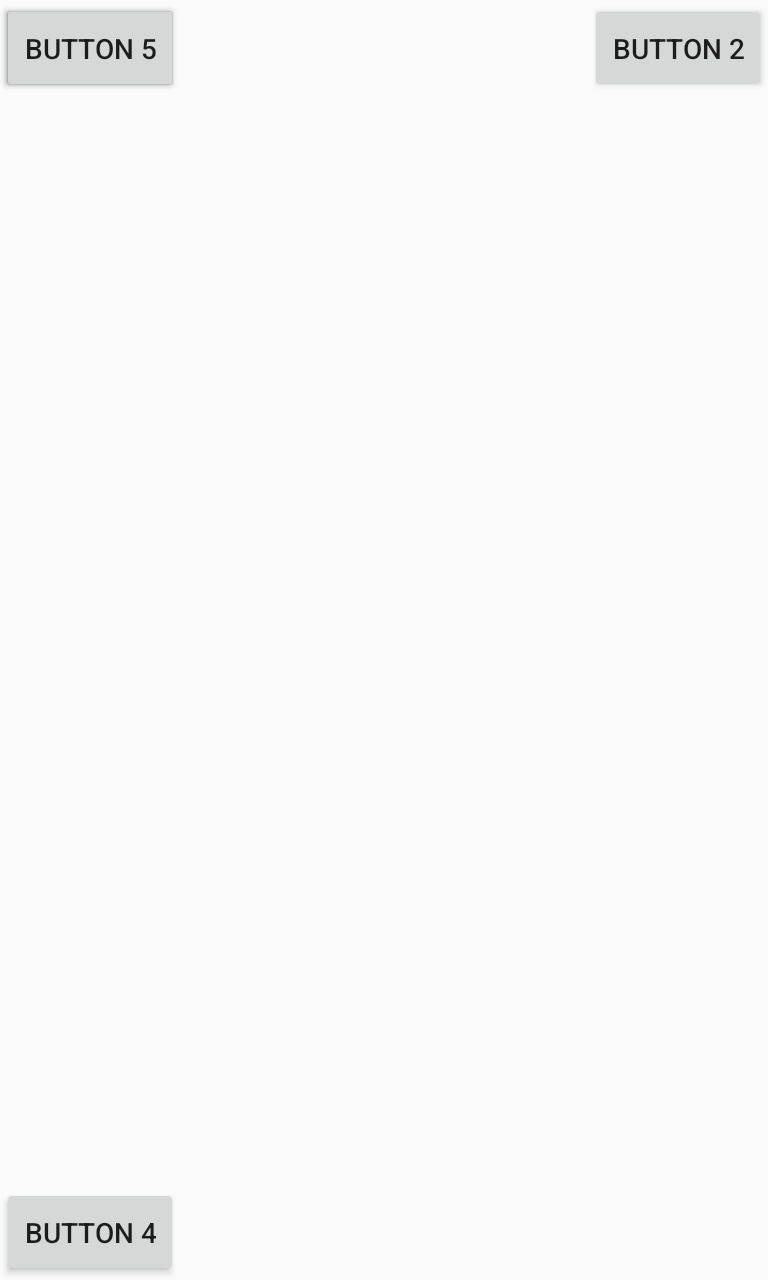
Repository: guyuzhilian/Programs
Layout: Android/UILayoutTest/res/layout/activity_main.xml
The author's editor kept a copy of each file at every save. The layout is drawn from the files as they stood at one save, then again after the next save.
It is drawn on a 768 x 1280 px phone screen (xhdpi) without system bars, with theme AppTheme; the app's code is not run.

Above is the layout before, as saved 2015-06-25 08:36:16.

### Android/UILayoutTest/res/layout/activity_main.xml
<RelativeLayout xmlns:android="http://schemas.android.com/apk/res/android"
    android:layout_width="match_parent"
    android:layout_height="match_parent" >

	<Button
	    android:id="@+id/button1"
	    android:layout_width="wrap_content"
	    android:layout_height="wrap_content"
	    android:layout_alignParentLeft="true"
	    android:layout_alignParentTop="true"
	    android:text="Button 1" />

	<Button
	    android:id="@+id/button2"
	    android:layout_width="wrap_content"
	    android:layout_height="wrap_content"
	    android:layout_alignParentRight="true"
	    android:layout_alignParentTop="true"
	    android:text="Button 2" />

	<Button
	    android:id="@+id/button3"
	    android:layout_width="wrap_content"
	    android:layout_height="wrap_content"
	    android:layout_alignParentCenter="true"
	    android:text="Button 3" />

	<Button
	    android:id="@+id/button4"
	    android:layout_width="wrap_content"
	    android:layout_height="wrap_content"
	    android:layout_alignParentLeft="true"
	    android:layout_alignParentBottom="true"
	    android:text="Button 4" />

	<Button
	    android:id="@+id/button5"
	    android:layout_width="wrap_content"
	    android:layout_height="wrap_content"
	    android:layout_alignParentLeft="true"
	    android:layout_alignParentTop="true"
	    android:text="Button 5" />
</RelativeLayout>

Loaded but not shown: Android/UILayoutTest/res/values/styles.xml (common file); Android/UILayoutTest/res/values-v11/styles.xml (common file); Android/UILayoutTest/res/values-v14/styles.xml (common file)

After the next save:
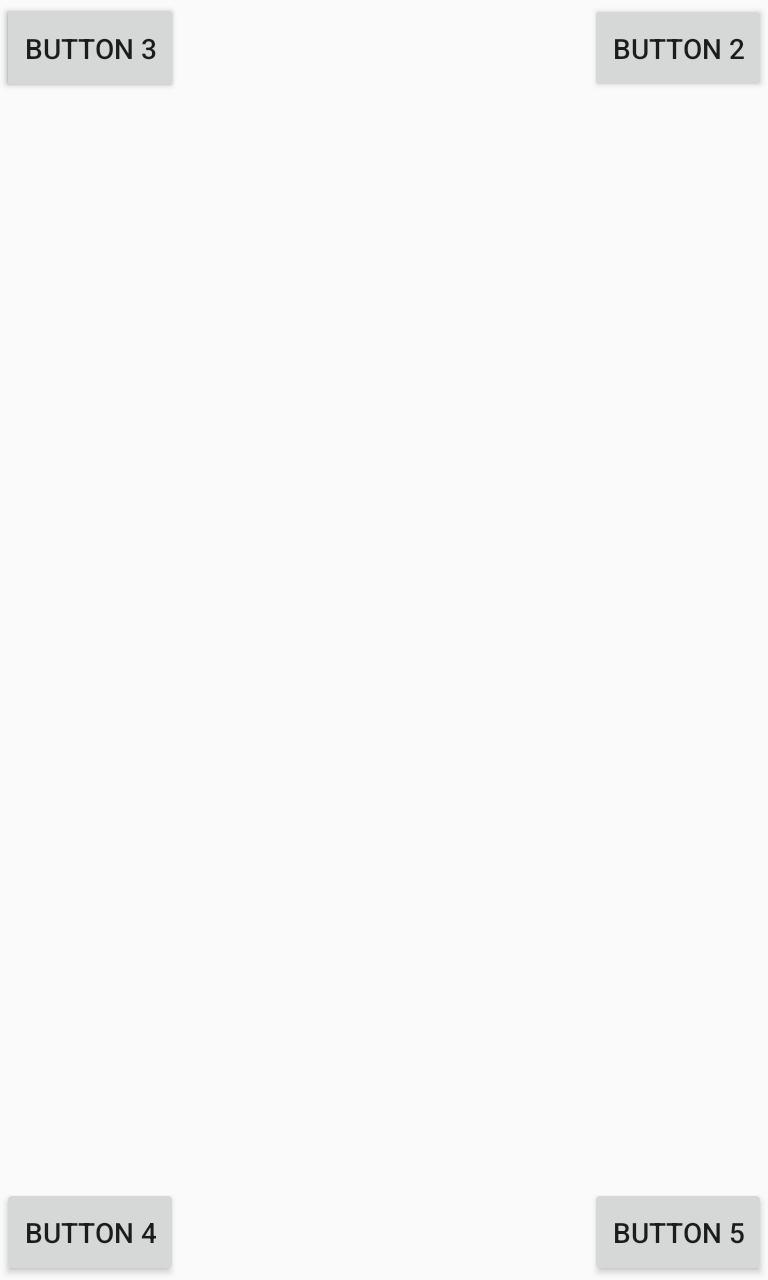
Saved 9 s later.
--- a/Android/UILayoutTest/res/layout/activity_main.xml
+++ b/Android/UILayoutTest/res/layout/activity_main.xml
@@ -37,7 +37,7 @@
 	    android:id="@+id/button5"
 	    android:layout_width="wrap_content"
 	    android:layout_height="wrap_content"
-	    android:layout_alignParentLeft="true"
-	    android:layout_alignParentTop="true"
+	    android:layout_alignParentRight="true"
+	    android:layout_alignParentBottom="true"
 	    android:text="Button 5" />
 </RelativeLayout>
